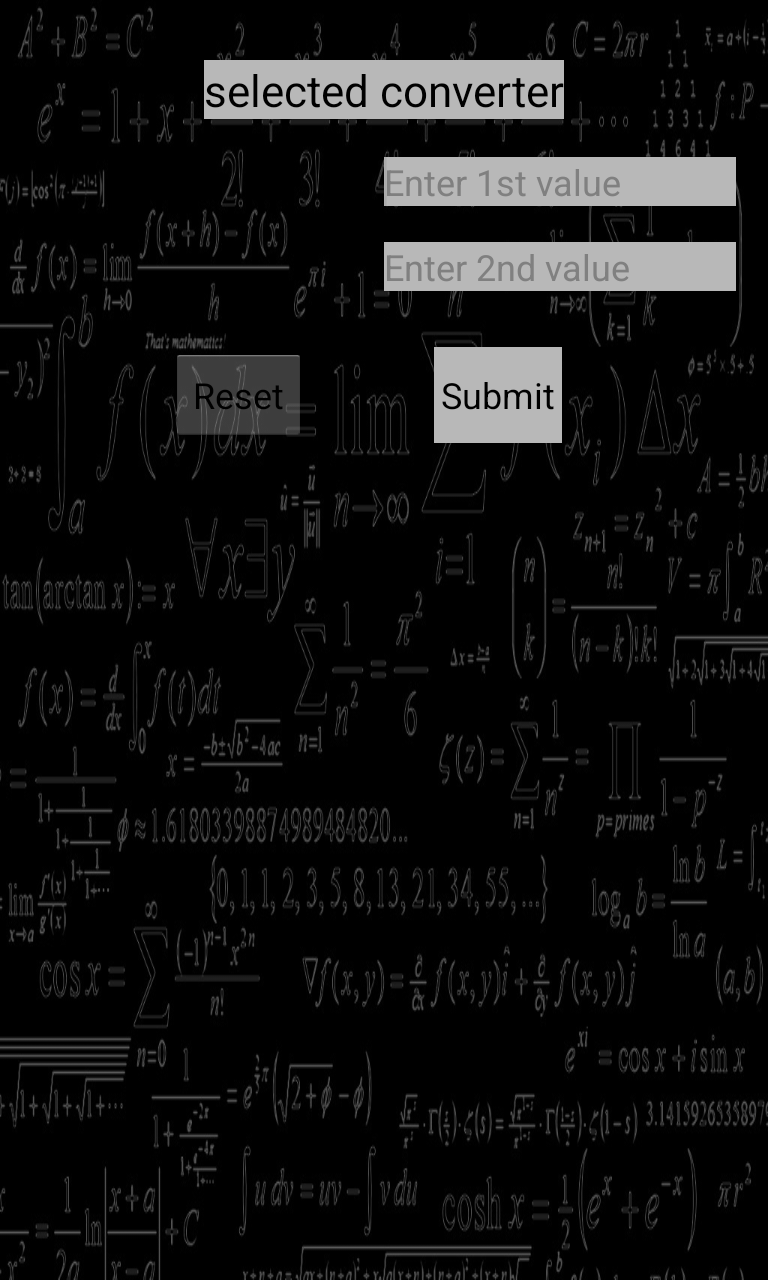
Repository: priyankaaj/practiced-apps
Layout: Converter/res/layout/activity_main.xml
An editor plug-in stored every save of this project. The layout is shown before and after the next save, followed by the edit.
It is drawn on a 768 x 1280 px phone screen (xhdpi) without system bars, with theme AppTheme; the app's code is not run.

Above is the layout before, as saved 2015-09-24 18:52:02.

After the next save:
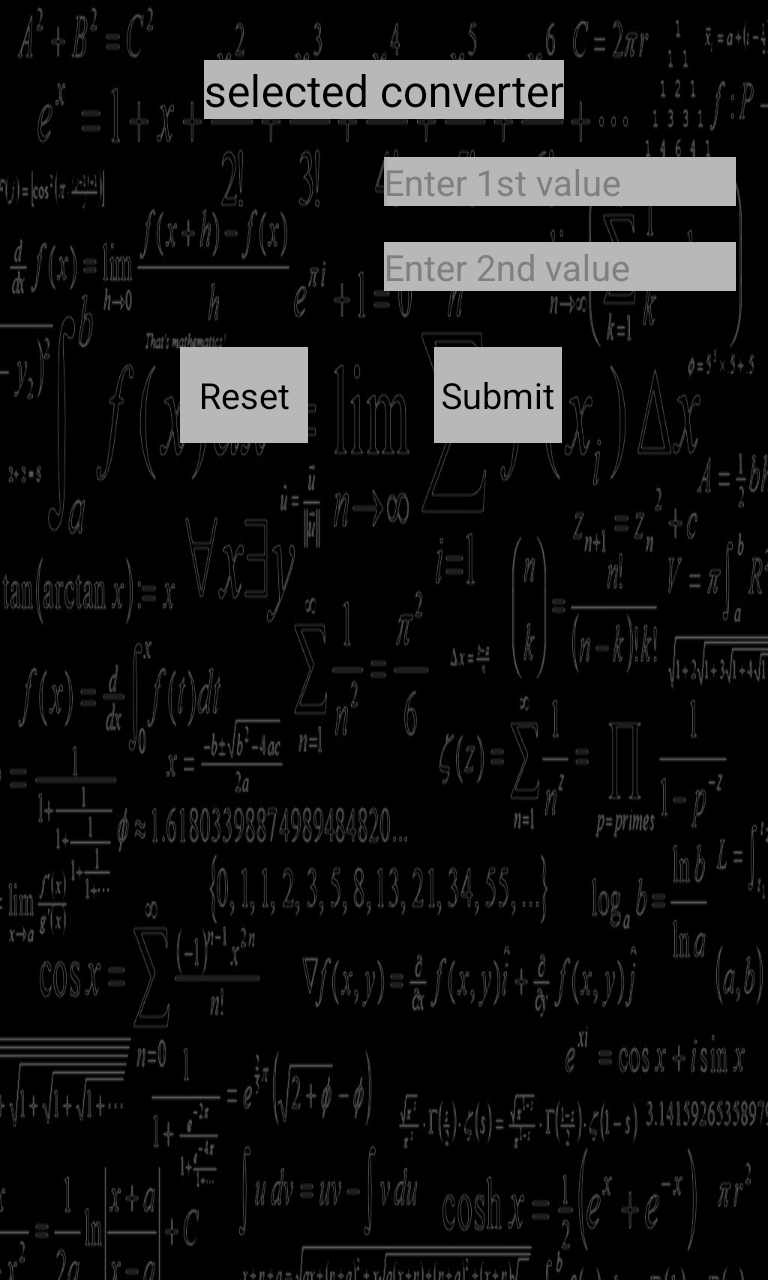
Saved 15 s later.
--- a/Converter/res/layout/activity_main.xml
+++ b/Converter/res/layout/activity_main.xml
@@ -72,6 +72,7 @@
         android:layout_alignBottom="@+id/buttonsubmit"
         android:layout_alignRight="@+id/spinnerconvertoptions"
         android:layout_marginRight="38dp"
+        android:background="#B8B8B8"
         android:text="Reset" />
 
 </RelativeLayout>
